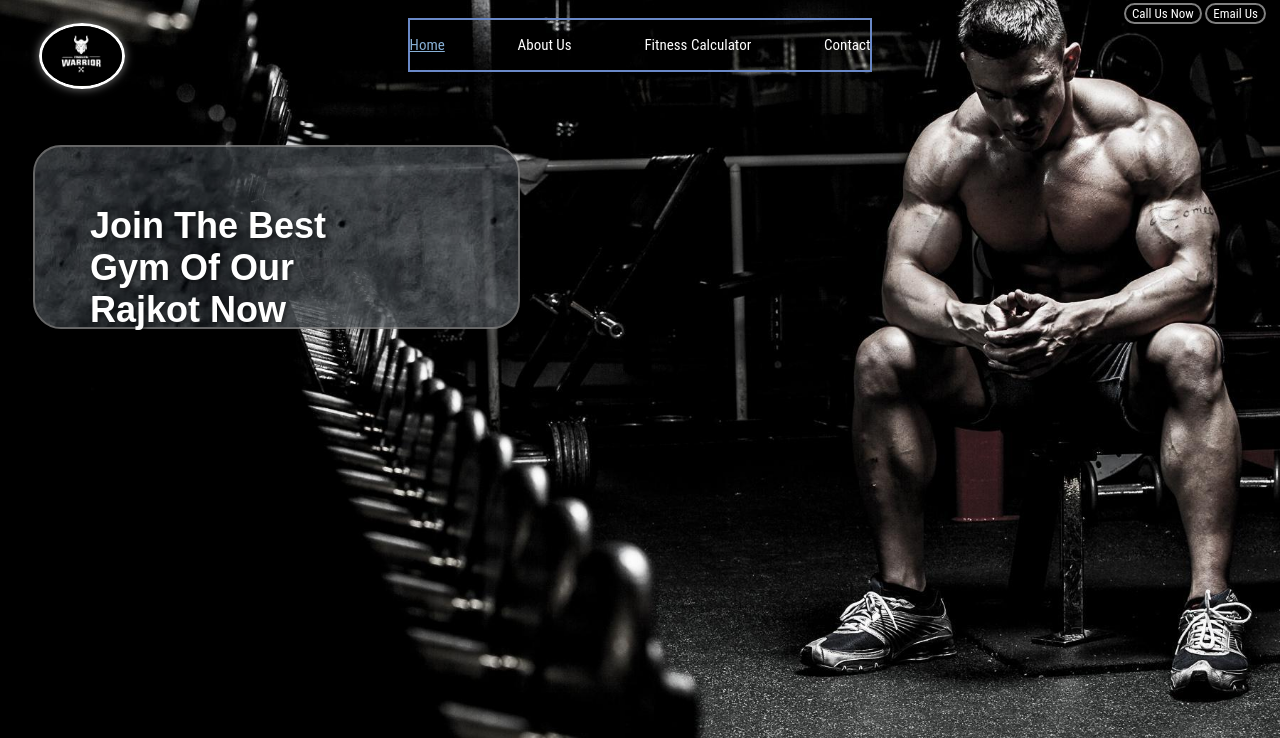
Repository: asthaasquare/project-1
Page: project-1/index.html
An editor plug-in stored every save of this project. The page is shown before and after the next save, followed by the edit.
The browser window is 1280 px wide. The pictures show the whole page.
Some web fonts or font styles are not loaded; a fallback is used.

Above is the page before, as saved 2024-05-09 18:07:26.

### project-1/index.html
<!DOCTYPE html>
<html lang="en">
  <head>
    <meta charset="UTF-8" />
    <meta name="viewport" content="width=device-width, initial-scale=1.0" />
    <title>Fit World</title>
  </head>
  <link rel="preconnect" href="https://fonts.googleapis.com" />
  <link rel="preconnect" href="https://fonts.gstatic.com" crossorigin />
  <link
    href="https://fonts.googleapis.com/css2?family=Jersey+10&display=swap"
    rel="stylesheet"
  />
  <link rel="stylesheet" href="css/style.css" />
  <style>
    body {
      color: white;
      margin: 0;
      padding: 0;
      background-image: url("img/1087639.jpg");
      background-size: cover; /* This will make sure the image covers the entire background */
      background-position: center; /* This will center the image within the container */
      height: 100vh; /* This will set the height of the background to the viewport height */
      font-family: "Roboto Condensed", sans-serif;
      font-optical-sizing: auto;
    }

    .left {
      /* border: 2px double rgb(75, 62, 62); */
      display: inline-block;
      position: absolute;
      top: 0px;
      left: 34px;
      padding: 5px; /* Add some padding around the logo */
    }

    .left img {
      width: 80px;
      height: auto;
      border-radius: 50%;
      border: 3px solid white;
      box-shadow: 0 0 10px rgba(255, 255, 255, 0.5);
    }

    .left div {
      line-height: 0px;
    }

    .mid {
      margin: 18px auto;
      display: block;
      width: 36%;
      border: 2px double rgb(106, 137, 200);
    }

    .right {
      position: absolute;
      display: inline-block;
      /* border: 2px double rgb(100, 96, 222); */
      top: 0px;
      right: 34px;
    }

    .navbar {
      display: flex; /* Use flexbox for better alignment */
      justify-content: space-between; /* Distribute items evenly across the container */
      align-items: center; /* Center items vertically */
      padding: 0;
    }

    .navbar li {
      font-size: 15px;
      list-style: none; /* Remove default list styles */
      margin-right: 20px; /* Add some spacing between navbar items */
    }

    .navbar li a {
      color: white;
      text-decoration: none;
    }

    .navbar li a:hover,
    .navbar li a.active {
      text-decoration: underline;
      color: rgb(136, 177, 215);
    }

    .navbar li:last-child {
      margin-right: 0; /* Remove margin from the last navbar item */
    }

    .header {
      position: relative; /* Set position to relative to allow absolute positioning of ch
      ild elements */
    }

    .container {
      border: 2px solid grey;
      margin: 73px 33px;
      padding: 75px;
      width: 26%;
      background-image: url(img/bg1.jpg);
      opacity: 80%;
      z-index: -1;
      height: 30px;
      border-radius: 28px;
    }

    .btn {
      margin: 0px 0px;
      color: white;
      background-color: black;
      position: relative;
      right: 22px;
      top: -15px;
      left: 20px;
      border: 2px solid grey;
      border-radius: 13px;
      font-size: 13px;
      cursor: pointer;
      transition: background-color 0.3s, border-color 0.3s;
      font-family: "Roboto Condensed", sans-serif;
    }

    .btn:hover {
      background-color: grey; /* Change background color on hover */
      border-color: black; /* Change border color on hover */
    }

    h1 {
      position: relative;
      top: -197px;
      color: white;
      font-size: 36px; /* Adjust the font size as needed */
      font-weight: bold; /* Optionally adjust the font weight */
      font-family: "Poetsen One", sans-serif; /* Apply the Poetsen One font */
      text-shadow: 2px 2px 4px rgba(0, 0, 0, 0.5); /* Add a subtle text shadow */
      width: 280px;
      padding: 0px 90px;
    }
  </style>

  <body>
    <header class="header">
      <div class="left">
        <img src="img/logo.jpg" alt="Logo" />
      </div>
      <div class="mid">
        <ul class="navbar">
          <li><a href="#" class="active">Home</a></li>
          <li><a href="#">About Us</a></li>
          <li><a href="#">Fitness Calculator</a></li>
          <li><a href="#">Contact</a></li>
        </ul>
      </div>
      <div class="right">
        <button class="btn">Call Us Now</button>
        <button class="btn">Email Us</button>
      </div>
    </header>

    <div class="container">
      <!-- <h1>Join The Best Gym Of Our Rajkot Now</h1> -->
    </div>
    <div>
      <h1>Join The Best Gym Of Our Rajkot Now</h1>
      <form action="noaction.php"></form>
    </div>
  </body>
</html>

Loaded but not shown: project-1/css/style.css (no stored copy; drawn as an empty file)

After the next save:
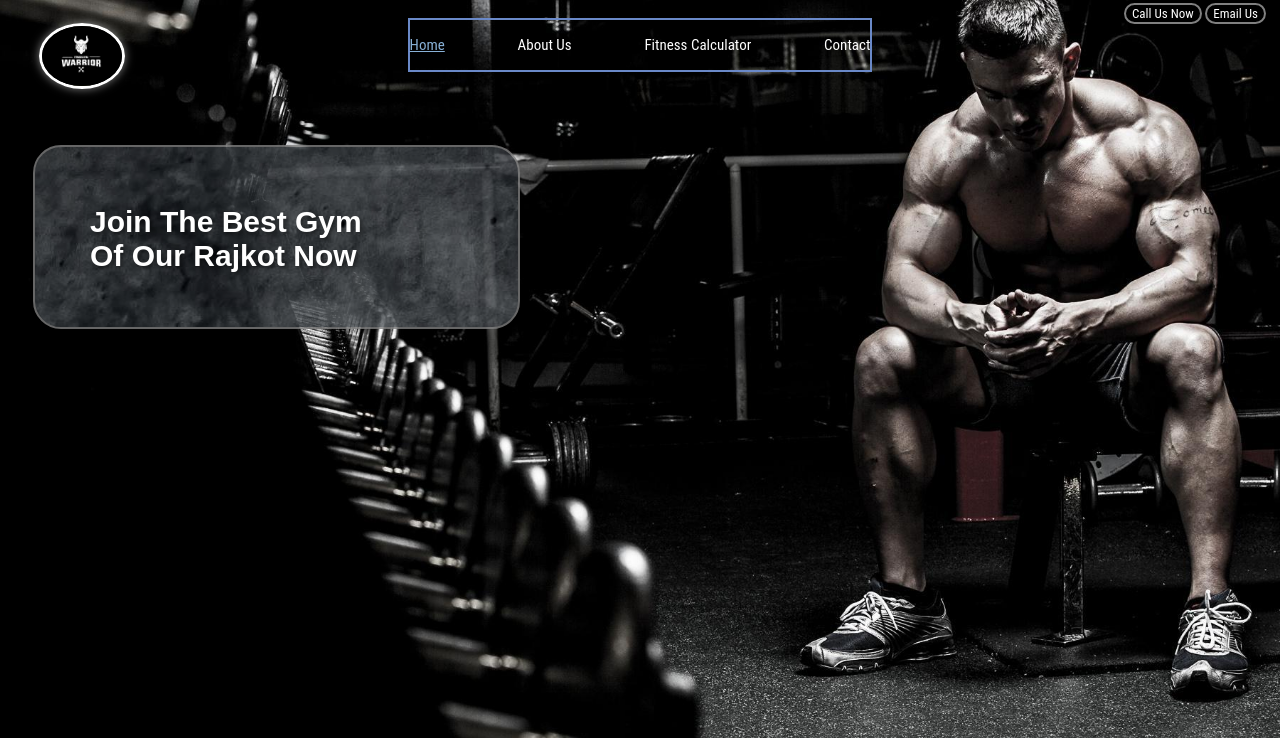
Saved 27 s later.
--- a/project-1/index.html
+++ b/project-1/index.html
@@ -131,7 +131,7 @@
       position: relative;
       top: -197px;
       color: white;
-      font-size: 36px; /* Adjust the font size as needed */
+      font-size: 30px; /* Adjust the font size as needed */
       font-weight: bold; /* Optionally adjust the font weight */
       font-family: "Poetsen One", sans-serif; /* Apply the Poetsen One font */
       text-shadow: 2px 2px 4px rgba(0, 0, 0, 0.5); /* Add a subtle text shadow */
